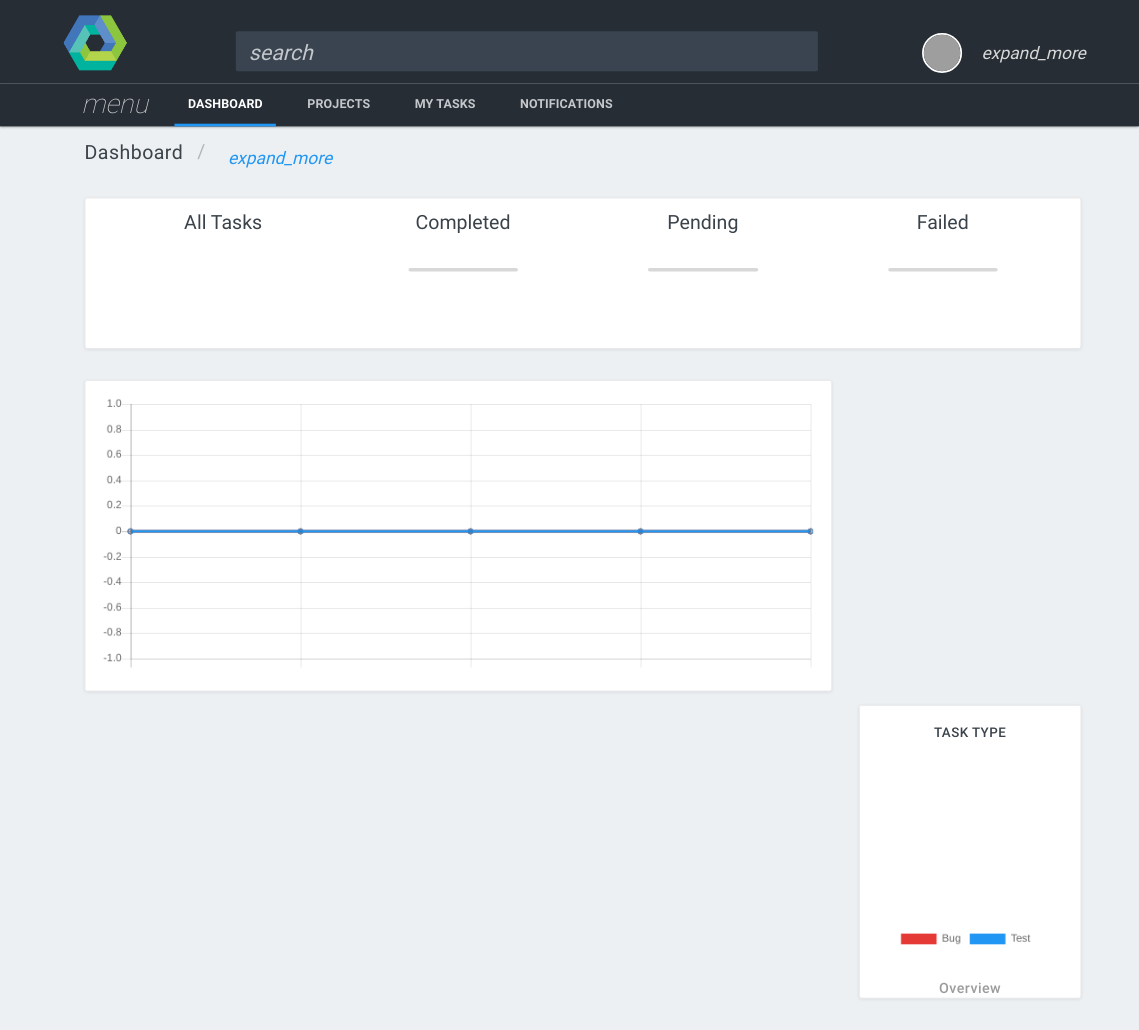
Repository: RenanChagas/ProjectManagement
Page: http://localhost/finalproject/WEB-INF/views/dashboard.jsp
The author's editor kept a copy of each file at every save. The page is drawn from the files as they stood at one save, then again after a run of saves.
The browser window is 1280 px wide. The pictures show the whole page, at 89% of full size.
Pictures or frames that could not be fetched are drawn as grey boxes. The page is served by Tomcat 9. Nobody is signed in. The template is opened directly, without the code that normally fills it, so the values that code supplies are empty.

Above is the page before, as saved 2017-11-20 03:33:09.

After the next 2 saves:
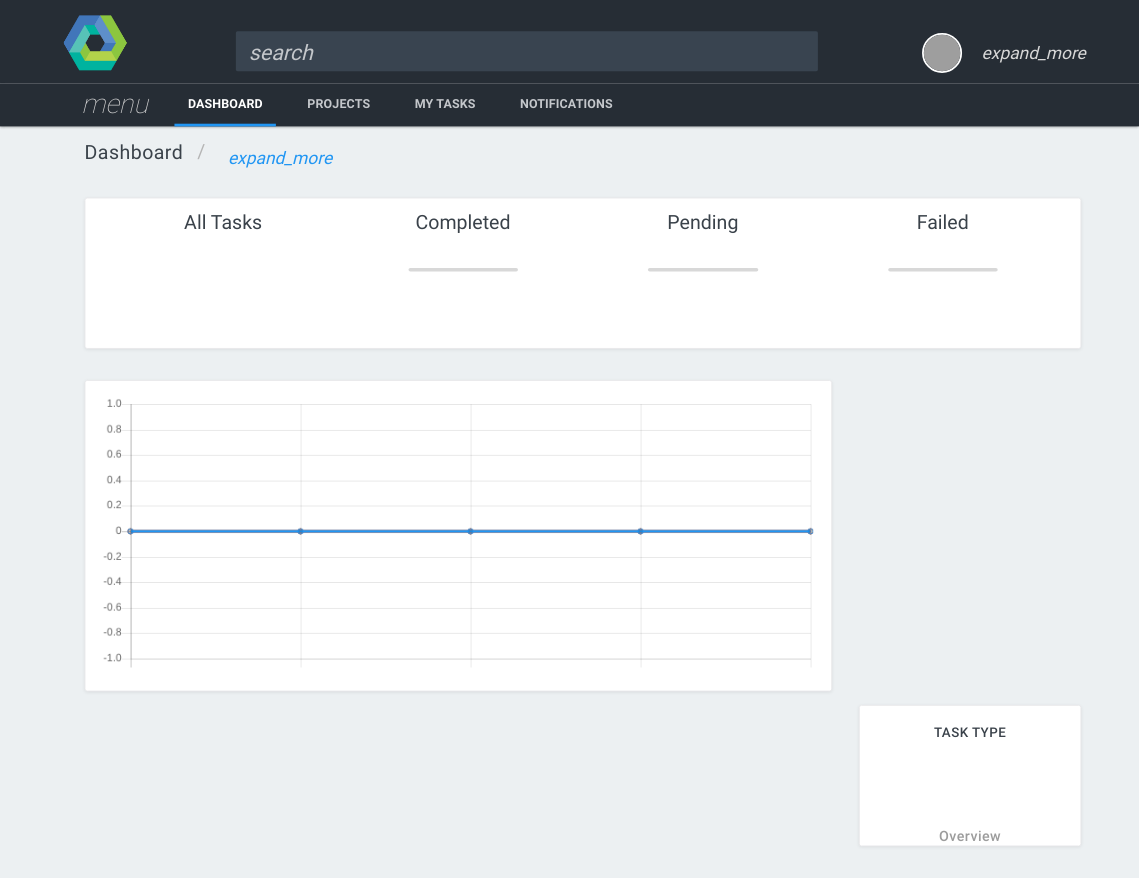
Console error: SyntaxError: Unexpected token ')'
The 2 saves are shown as one change because they came seconds apart.
The last was saved 3 min 4 s later.
--- a/finalproject/src/main/webapp/WEB-INF/views/dashboard.jsp
+++ b/finalproject/src/main/webapp/WEB-INF/views/dashboard.jsp
@@ -348,8 +348,14 @@
                 "options":{
                   "legend": {
                     display: true,
-                    position: "bottom",
-                    padding: 20
+                    position: "bottom"
+                  },
+                  "layout": {
+                      padding: {
+                          left: 0,
+                          right: 50,
+                          top: 50,
+                          bottom: 0
                   },
                   animation: {
                   animateScale: true,

After the save that followed:
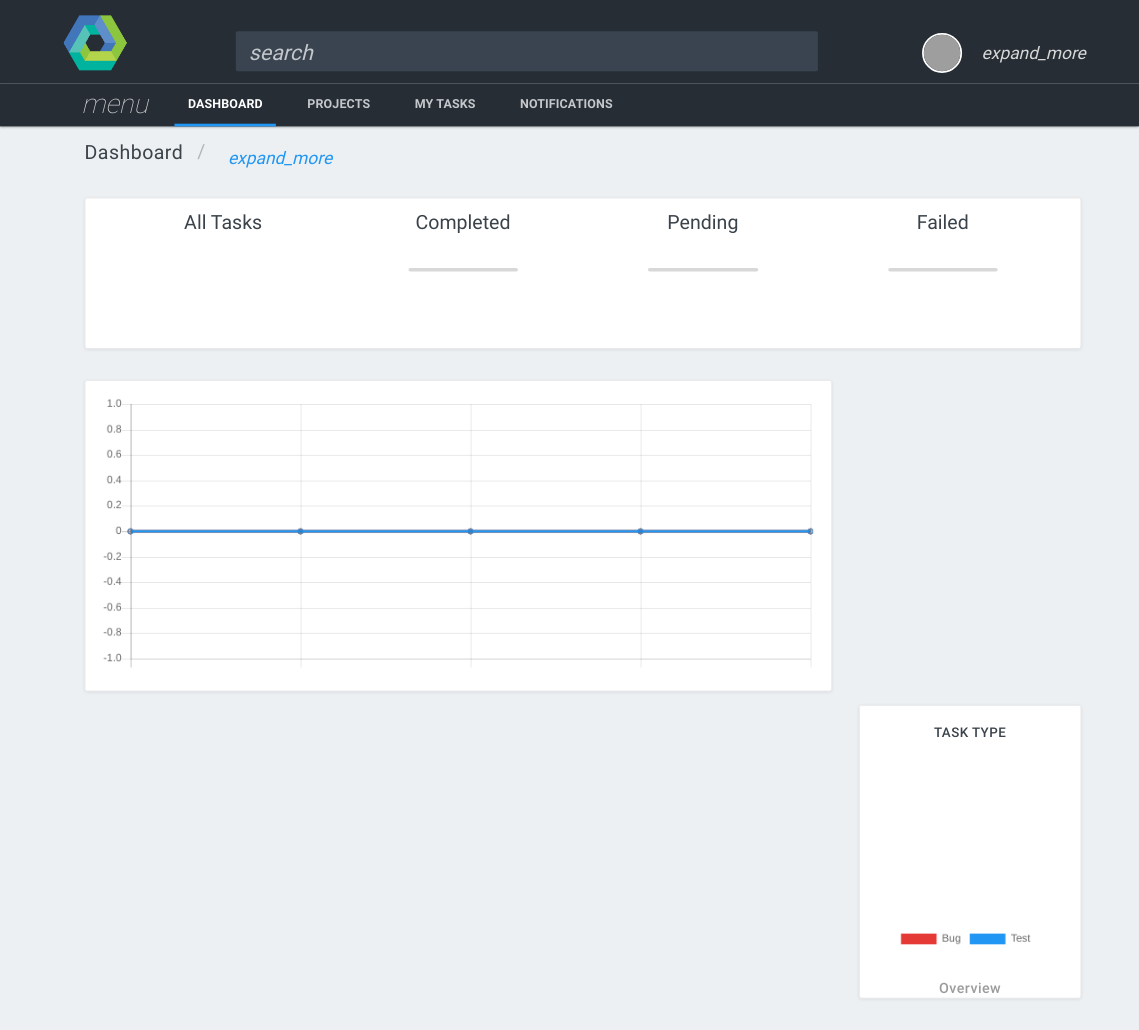
The error is gone.
Saved 53 s later.
--- a/finalproject/src/main/webapp/WEB-INF/views/dashboard.jsp
+++ b/finalproject/src/main/webapp/WEB-INF/views/dashboard.jsp
@@ -350,12 +350,9 @@
                     display: true,
                     position: "bottom"
                   },
-                  "layout": {
-                      padding: {
-                          left: 0,
-                          right: 50,
-                          top: 50,
-                          bottom: 0
+                  "legend": {
+                      display: true,
+                      position: "bottom"
                   },
                   animation: {
                   animateScale: true,
